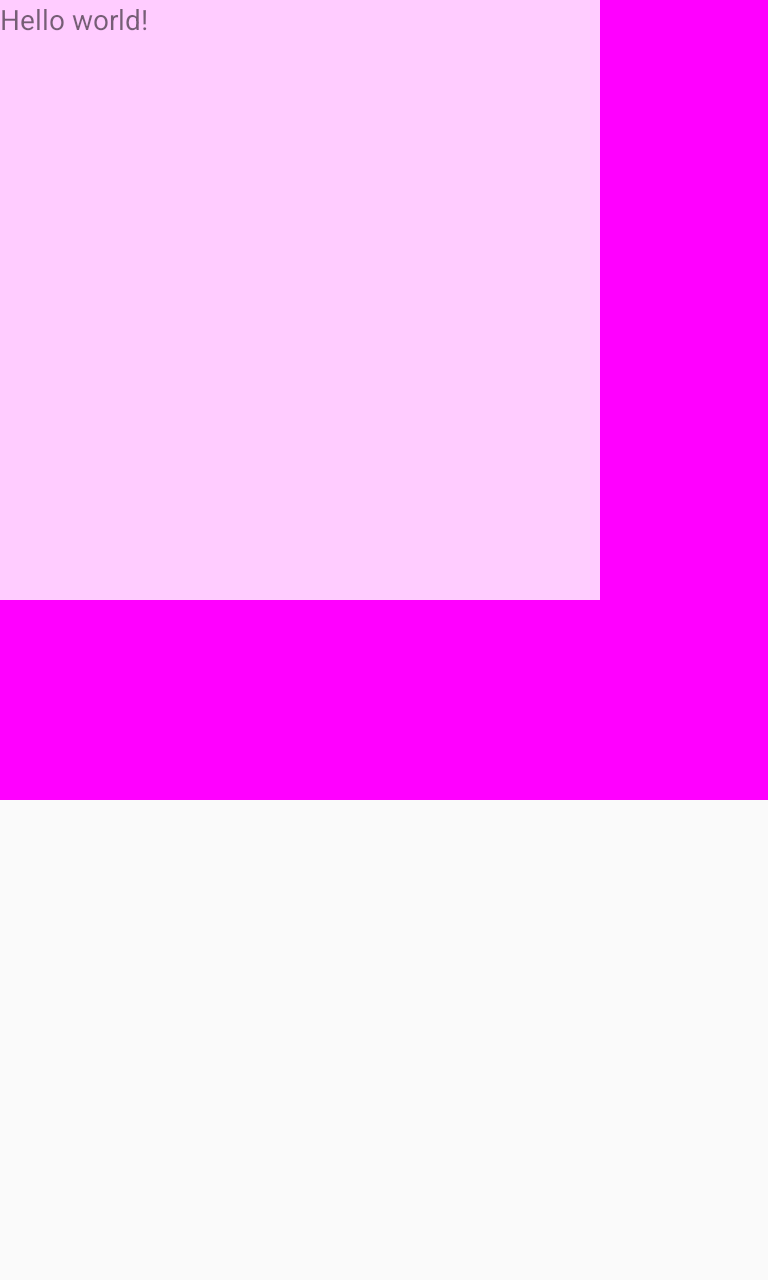
Repository: A207/guanjingjing
Layout: day4/LayoutApp/res/layout/activity_frame_layout.xml
An editor plug-in stored every save of this project. The layout is shown before and after the next save, followed by the edit.
It is drawn on a 768 x 1280 px phone screen (xhdpi) without system bars, with theme AppTheme; the app's code is not run.

Above is the layout before, as saved 2015-07-09 10:35:45.

### day4/LayoutApp/res/layout/activity_frame_layout.xml
<FrameLayout xmlns:android="http://schemas.android.com/apk/res/android"
    android:layout_width="match_parent"
    android:layout_height="match_parent" >

    <TextView
        android:layout_width="400dp"
        android:layout_height="400dp"
        android:text="@string/hello_world"
        android:background="#ff00ff" />
    <TextView
        android:layout_width="300dp"
        android:layout_height="300dp"
        android:text="@string/hello_world"
        android:background="#ffccff" />

</FrameLayout>

### day4/LayoutApp/res/values/strings.xml
<?xml version="1.0" encoding="utf-8"?>
<resources>

    <string name="app_name">LayoutApp</string>
    <string name="hello_world">Hello world!</string>
    <string name="action_settings">Settings</string>

</resources>

Loaded but not shown: day4/LayoutApp/res/values/styles.xml (common file); day4/LayoutApp/res/values-v11/styles.xml (common file); day4/LayoutApp/res/values-v14/styles.xml (common file)

After the next save:
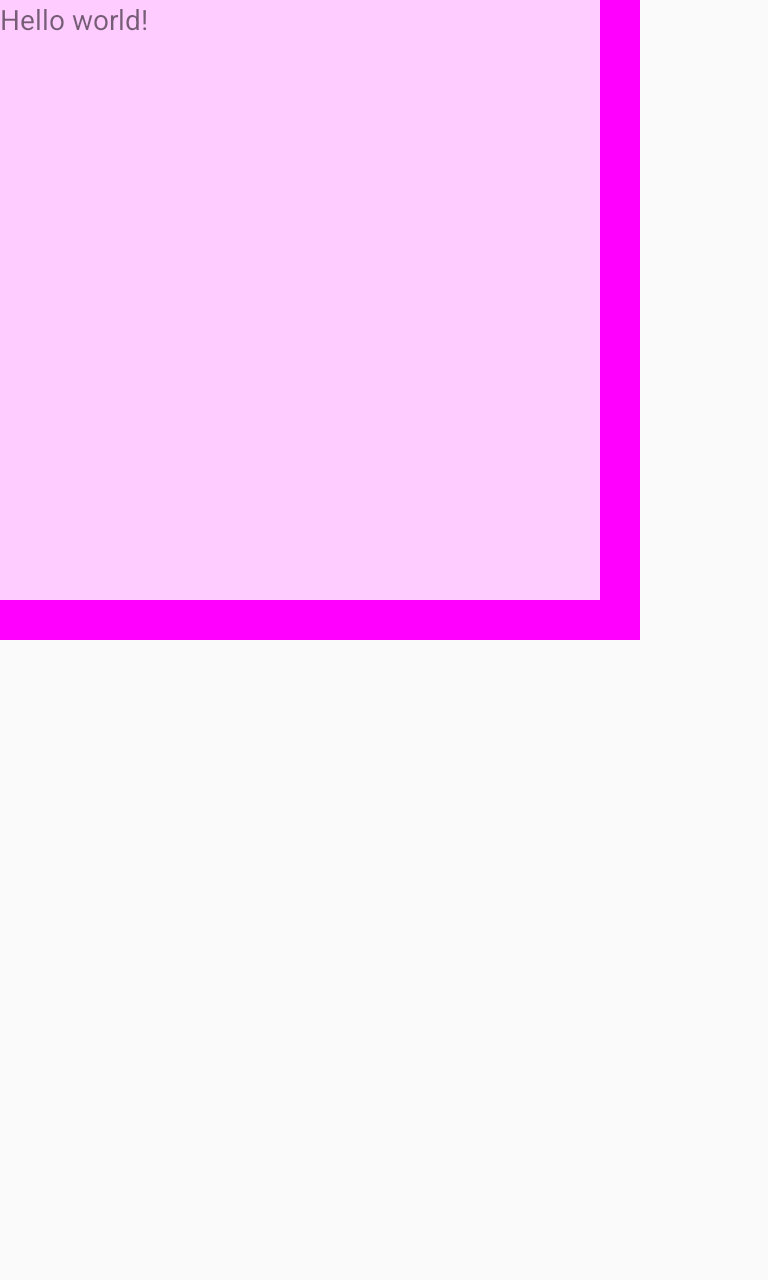
Saved 39 s later.
--- a/day4/LayoutApp/res/layout/activity_frame_layout.xml
+++ b/day4/LayoutApp/res/layout/activity_frame_layout.xml
@@ -3,8 +3,8 @@
     android:layout_height="match_parent" >
 
     <TextView
-        android:layout_width="400dp"
-        android:layout_height="400dp"
+        android:layout_width="320dp"
+        android:layout_height="320dp"
         android:text="@string/hello_world"
         android:background="#ff00ff" />
     <TextView
